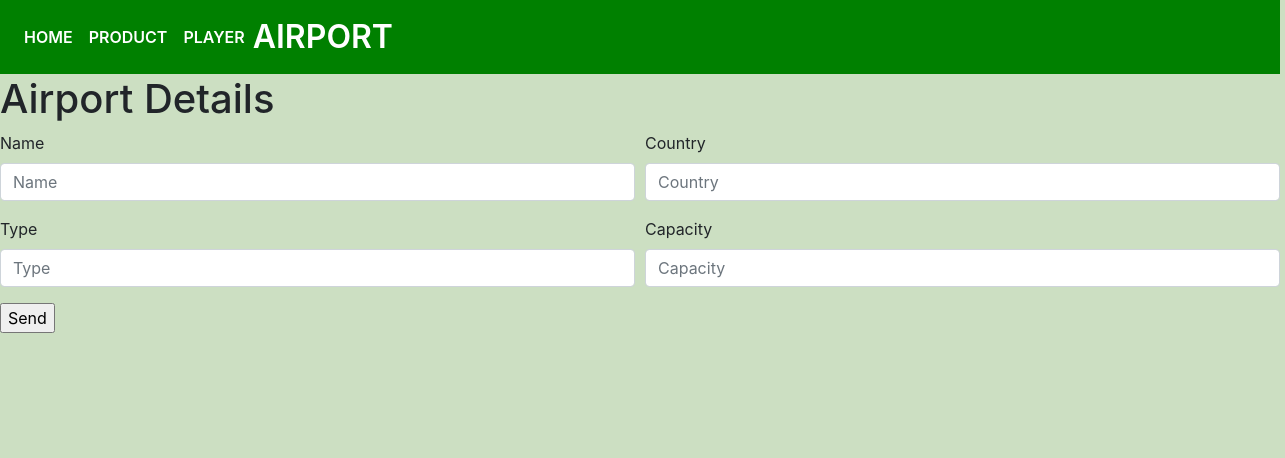
Repository: 05Mohammedismail/xworkz--Advance-Java
Page: http://localhost/Sep13_JSP/airport.jsp
An editor plug-in stored every save of this project. The page is shown before and after the next save, followed by the edit.
The browser window is 1280 px wide. The page is 1285 px wide, so the pictures cover 1285 px, including what lies to the right of the window. The pictures show the whole page.
The page is served by Tomcat 9.

Above is the page before, as saved 2023-09-13 20:06:28.

After the next save:
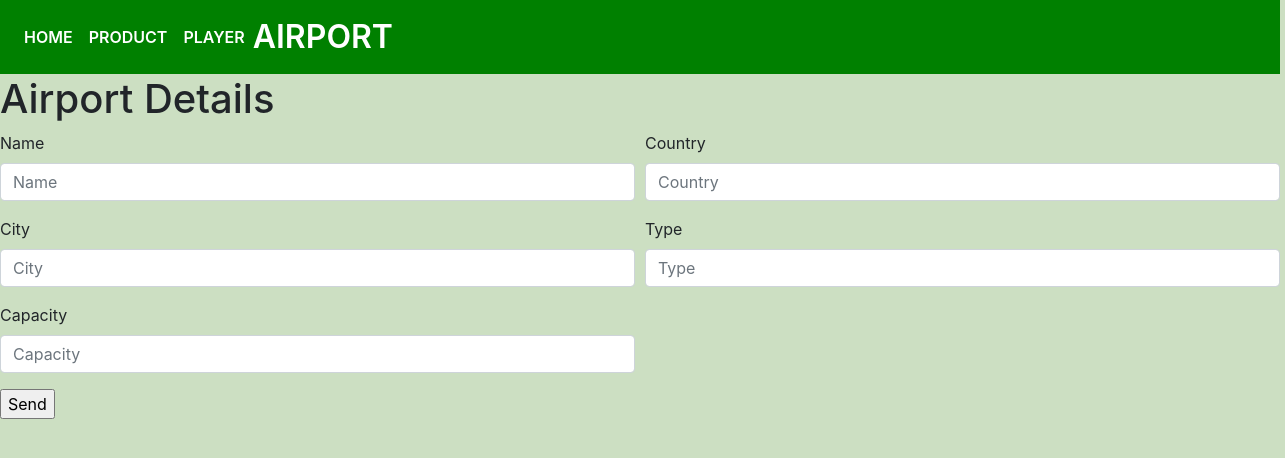
Saved 31 s later.
--- a/Sep13_JSP/src/main/webapp/airport.jsp
+++ b/Sep13_JSP/src/main/webapp/airport.jsp
@@ -64,6 +64,12 @@ text-decoration: underline;
     </div>
 
     <div class="form-group col-md-6">
+      <label >City</label>
+      <input type="text" class="form-control" placeholder="City" name="city">
+    </div>
+
+
+    <div class="form-group col-md-6">
       <label >Type</label>
       <input type="text" class="form-control" placeholder="Type" name="type">
     </div>
